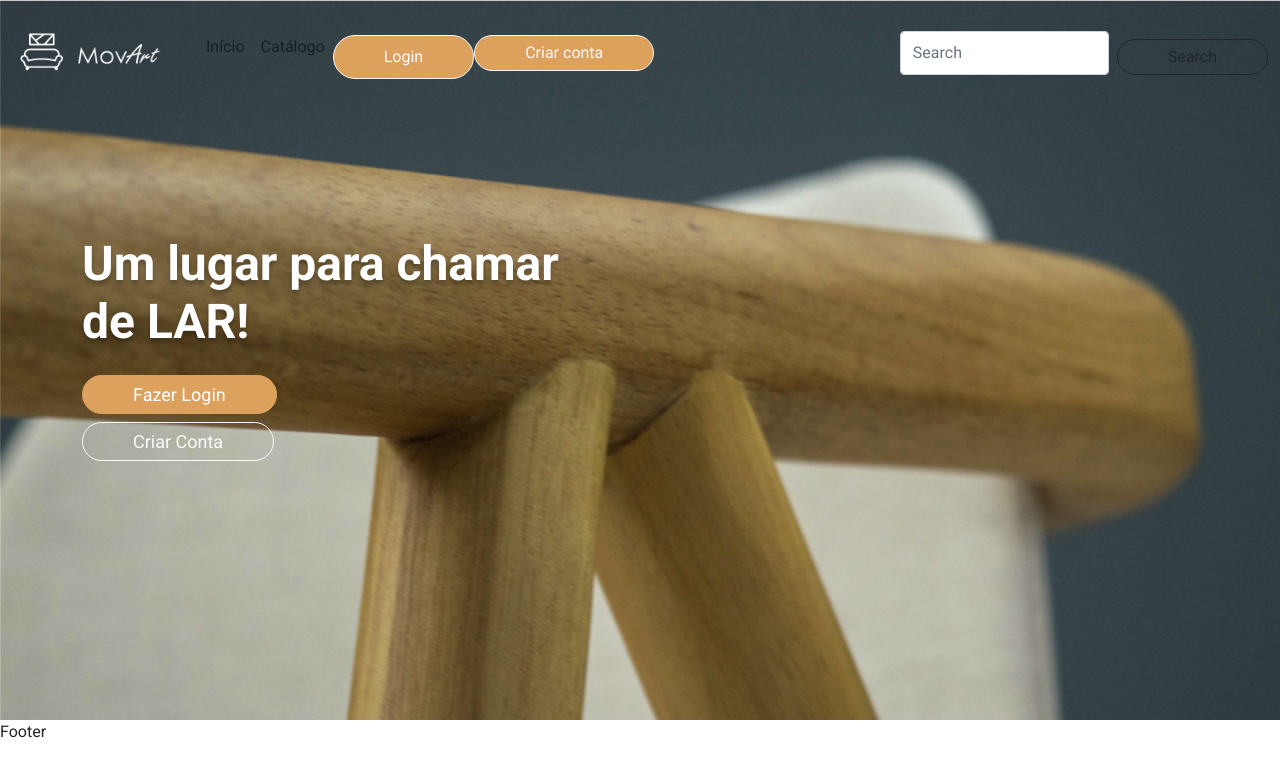
Repository: telesbp/Projeto-4-e-Projeto-5
Page: / (app in front-end/)
These files come from the project's save history. The page is drawn as it stood at one moment and after the next save; the edit follows.
The browser window is 1280 px wide. The pictures show the whole page.
The project was rebuilt for these pictures with package versions that can differ from the ones it lists, and the page was loaded fresh each time.

Above is the page before, as saved 2022-07-17 17:29:19.

### front-end/public/index.html
<!DOCTYPE html>
<html lang="pt-BR">
  <head>
    <meta charset="utf-8" />
    <link rel="icon" href="%PUBLIC_URL%/favicon.ico" />
    <meta name="viewport" content="width=device-width, initial-scale=1" />
    <meta name="theme-color" content="#000000" />
    <meta
      name="description"
      content="Seu negócio automatizado!"
    />
    <link rel="apple-touch-icon" href="%PUBLIC_URL%/logo192.png" />
    <!--
      manifest.json provides metadata used when your web app is installed on a
      user's mobile device or desktop. See https://developers.google.com/web/fundamentals/web-app-manifest/
    -->
    <link rel="manifest" href="%PUBLIC_URL%/manifest.json" />
    <!--
      Notice the use of %PUBLIC_URL% in the tags above.
      It will be replaced with the URL of the `public` folder during the build.
      Only files inside the `public` folder can be referenced from the HTML.

      Unlike "/favicon.ico" or "favicon.ico", "%PUBLIC_URL%/favicon.ico" will
      work correctly both with client-side routing and a non-root public URL.
      Learn how to configure a non-root public URL by running `npm run build`.
    -->
    <title>Stagio</title>

    <link rel="preconnect" href="https://fonts.googleapis.com">
    <link rel="preconnect" href="https://fonts.gstatic.com" crossorigin>
    <link href="https://fonts.googleapis.com/css2?family=Roboto:wght@400;700&display=swap" rel="stylesheet">
  </head>
  <body>
    <noscript>You need to enable JavaScript to run this app.</noscript>
    <div id="root"></div>
    <!--
      This HTML file is a template.
      If you open it directly in the browser, you will see an empty page.

      You can add webfonts, meta tags, or analytics to this file.
      The build step will place the bundled scripts into the <body> tag.

      To begin the development, run `npm start` or `yarn start`.
      To create a production bundle, use `npm run build` or `yarn build`.
    -->
  </body>
</html>

### front-end/src/index.tsx
import React from 'react';
import ReactDOM from 'react-dom/client';
import App from './App';
import 'bootstrap/dist/css/bootstrap.min.css';
import { BrowserRouter } from 'react-router-dom';
import 'react-toastify/dist/ReactToastify.css';
import { ToastContainer } from 'react-toastify';
import { GlobalStyle } from './assets/css/global';

const root = ReactDOM.createRoot(
  document.getElementById('root') as HTMLElement
);
root.render(
  <React.StrictMode>
    <BrowserRouter>
    <GlobalStyle/>
      <App />
      <ToastContainer/>
    </BrowserRouter>
  </React.StrictMode>
);

### front-end/src/App.tsx
import { HomeView } from "./views/Home";

function App() {
  return (
    <HomeView/>
  );
}

export default App;

### front-end/src/assets/css/global.ts
import { createGlobalStyle } from "styled-components";

export const GlobalStyle = createGlobalStyle`
    body{
       font-family: 'Roboto', sans-serif;
    }
`

### front-end/src/views/Home/index.tsx
import { Container } from "react-bootstrap";
import styled from "styled-components";
import bgSite from "../../assets/img/cadeira1.png"
import { CustomButton } from "../../components/CustomButton";
import { Layout } from "../../components/Layout";

export function HomeView(){
    return(
        <Layout>
            <Banner className="vh-100">
                <Container className="h-100 d-flex flex-column justify-content-center align-items-center align-items-lg-start">
                    <Title className="text-center text-white text-lg-start mt-auto mt-lg-0 ">Um lugar para chamar de LAR!</Title>
                    <CustomButton size="lg" to="login" variant="primary" className="mt-auto mt-lg-3 mb-2">Fazer Login</CustomButton>
                    <CustomButton size="lg" to="cadastro" variant="outline-primary" className="mb-4">Criar Conta</CustomButton>
                </Container>
            </Banner>
        </Layout>
    )
}

const Banner = styled.div`
    background: url(${bgSite}) no-repeat center center;
    background-size: cover;
`
const Title = styled.h1`
    font-size: 2.25rem;
    font-weight: bold;
    text-shadow: 0 4px 4px rgba(0, 0, 0, 0.25);
    @media (min-width: 992px){
        font-size: 3rem;
        max-width: 500px;
    }
`

### front-end/src/components/CustomButton/index.tsx
import { Button, ButtonProps, Spinner } from "react-bootstrap";
import { LinkContainer } from "react-router-bootstrap";
import styled from "styled-components";

type Props = ButtonProps & {
    loading?: boolean
    to?: string
}

export function CustomButton({children, loading, to, ...otherProps}: Props) {
    const button = (
        <ButtonStyled {...otherProps}>
            {loading && (
                <Spinner animation="border" role="status" size="sm" className="me-2">
                    <span className="visually-hidden">Carregando...</span>
                </Spinner>
            )}
            {children}
        </ButtonStyled>
    )
    if (to){
        return(
            <LinkContainer to={to}>
                {button}
            </LinkContainer>
        )
    }
    return button
}
const ButtonStyled = styled(Button)`
    border-radius: 50px;
    font-weight: 500;
    padding:5px 50px 5px 50px;
    ${props => props.size ==='lg' && `
        font-size: 1.125rem;
    `}
    ${props => (props.variant === "primary" || !props.variant) && `
        background-color: #dda15e;
        border-color: #dda15e;
        &:hover {
            background-color: #bc6c25;
            border-color: #bc6c25;
        }
    `}
    ${props => (props.variant === "outline-primary" || !props.variant) && `
        border-color: #fafafa;
        color: #fafafa;
        &:hover {
            background-color: #dda15e;
            border-color: #dda15e;
        }
    `}
`

### front-end/src/components/Layout/index.tsx
import { Header } from "./Header"

type Props = {
    children: React.ReactNode
}
export const Layout: React.FC<Props> = ({children}) => {
    return (
        <>
            <Header/>
            {children}
            <p>Footer</p>
        </>
    )
}

### front-end/src/components/Layout/Header.tsx
import { Container, Form, Nav, Navbar } from "react-bootstrap";
import { Link } from "react-router-dom";
import styled from "styled-components";
import LogoBrand from "../../assets/img/logobranca.png"
import { CustomButton } from "../CustomButton";
export function Header() {
    return(
        <Navbar fixed="top" expand="lg">
        <Container fluid>
          <Navbar.Brand to="/" as={Link}>
            <img src={LogoBrand} alt="MovArt" width={170} height={80}/>
          </Navbar.Brand>
          <Navbar.Toggle aria-controls="basic-navbar-nav" />
        <NavBarCollapseStyled id="basic-navbar-nav">
          <Nav className="me-auto">
            <Nav.Link href="#home" className="justify-contend-center text-center">Início</Nav.Link>
            <Nav.Link href="#link" className="justify-contend-center text-center">Catálogo</Nav.Link>
            <CustomButton className="mt-2" >Login</CustomButton>
            <CustomButton className="mt-2 mb-2" >Criar conta</CustomButton>
        </Nav>
            <Form className="d-flex">
              <Form.Control
                type="search"
                placeholder="Search"
                className="me-2"
                aria-label="Search"
              />
              <CustomButton variant="outline-dark" className="mt-2">Search</CustomButton>
            </Form>
          </NavBarCollapseStyled>
        </Container>
      </Navbar>
    )
}
const NavBarCollapseStyled = styled(Navbar.Collapse)`
   @media (max-width: 991px) {
   background-color:#fafafa ;
    margin: 0 -12px;
    padding: 1rem 2rem;
}
`

After the next save:
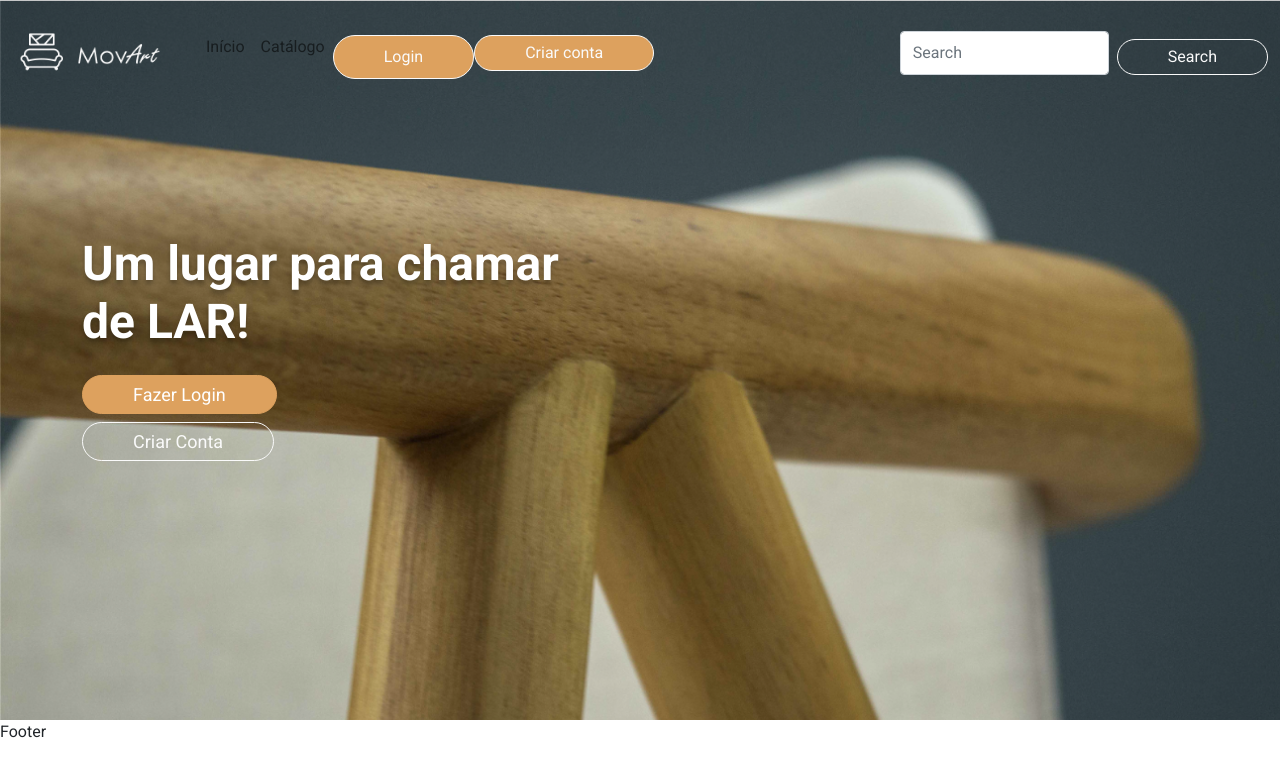
Saved 10 s later.
--- a/front-end/src/components/Layout/Header.tsx
+++ b/front-end/src/components/Layout/Header.tsx
@@ -25,7 +25,7 @@ export function Header() {
                 className="me-2"
                 aria-label="Search"
               />
-              <CustomButton variant="outline-dark" className="mt-2">Search</CustomButton>
+              <CustomButton variant="outline-primary" className="mt-2">Search</CustomButton>
             </Form>
           </NavBarCollapseStyled>
         </Container>

After the save that followed:
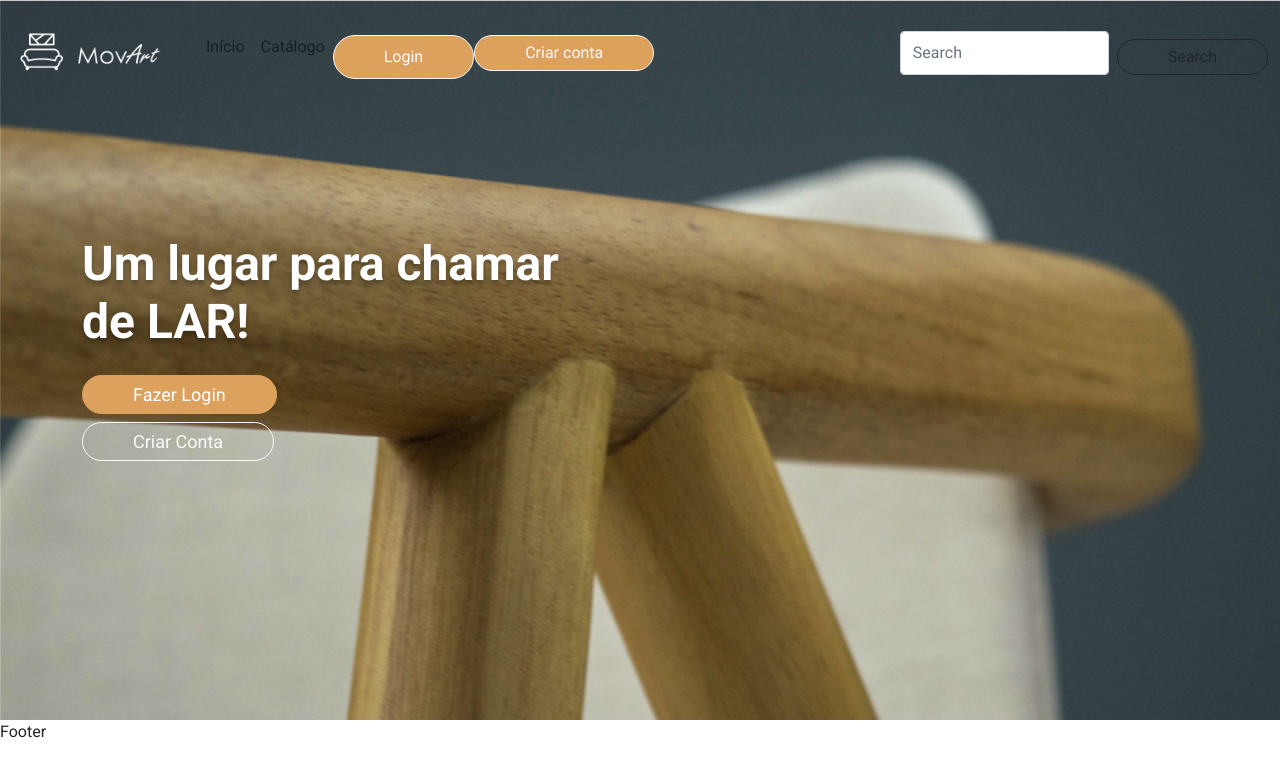
Saved 13 s later.
--- a/front-end/src/components/Layout/Header.tsx
+++ b/front-end/src/components/Layout/Header.tsx
@@ -25,7 +25,7 @@ export function Header() {
                 className="me-2"
                 aria-label="Search"
               />
-              <CustomButton variant="outline-primary" className="mt-2">Search</CustomButton>
+              <CustomButton variant="outline-dark" className="mt-2">Search</CustomButton>
             </Form>
           </NavBarCollapseStyled>
         </Container>
